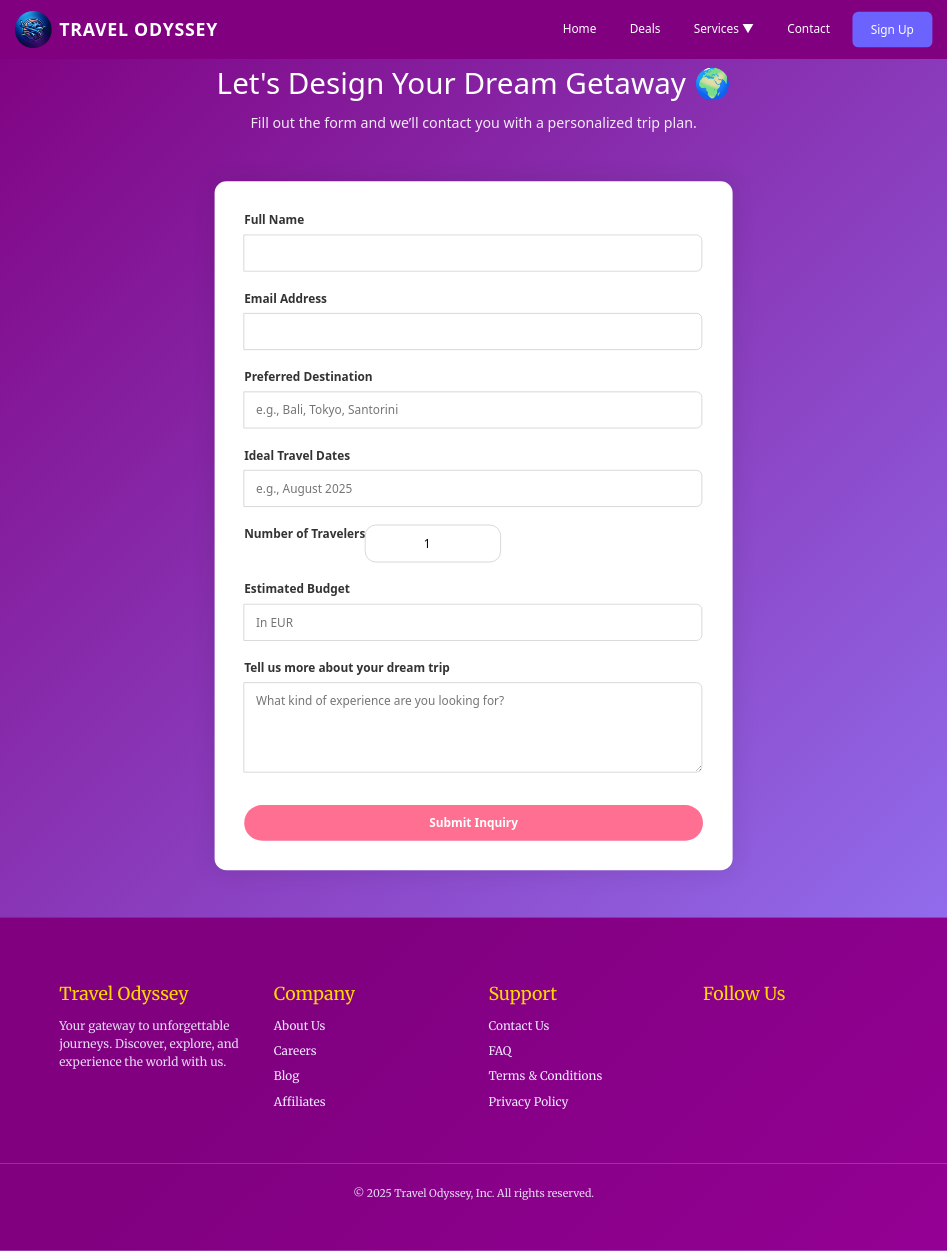
Repository: GHzPhoenix/Project-Odyssey
Page: Frontend/dream.html
The author's editor kept a copy of each file at every save. The page is drawn from the files as they stood at one save, then again after the next save.
The browser window is 1280 px wide. The pictures show the whole page, at 74% of full size.

Above is the page before, as saved 2025-06-13 14:37:11.

After the next save:
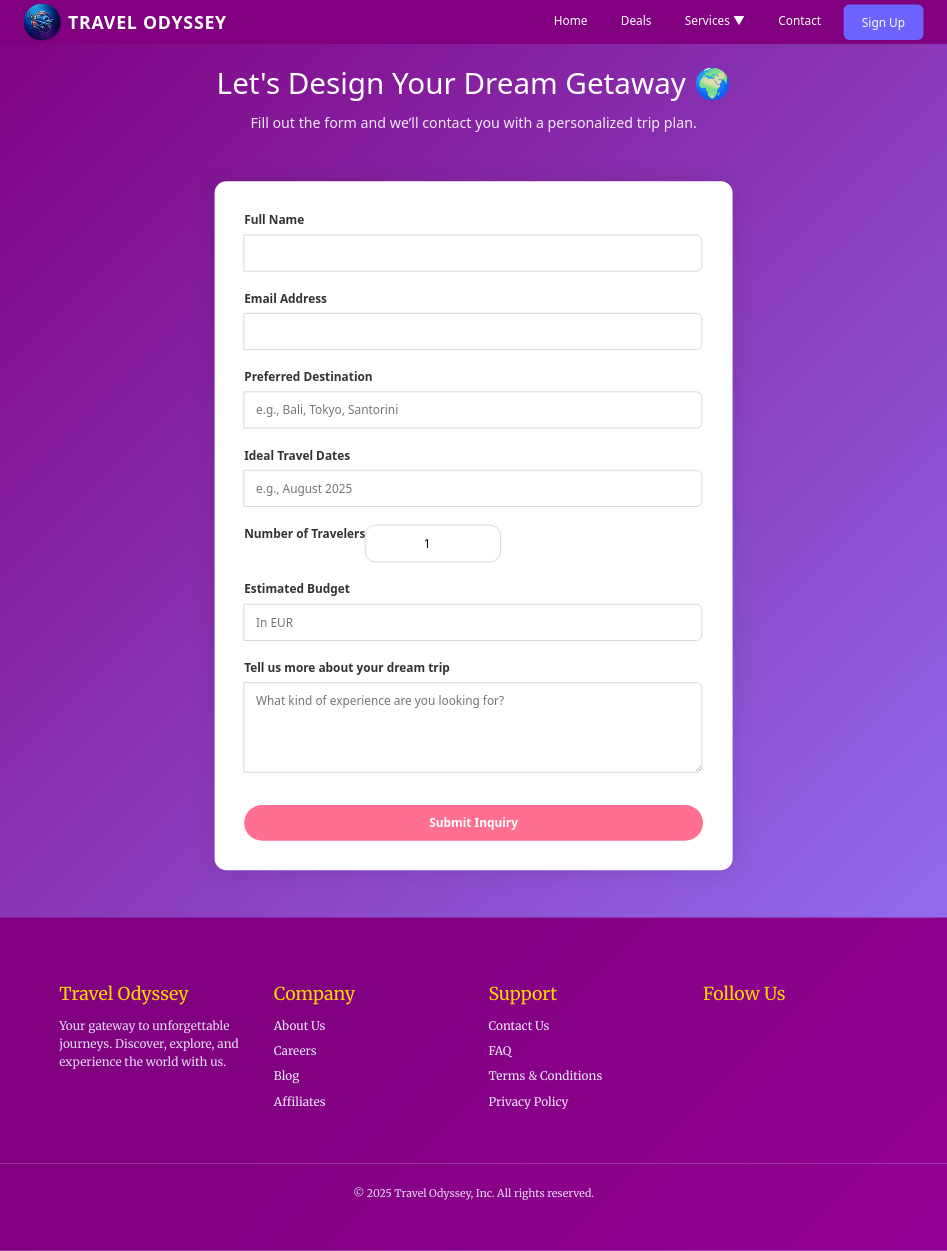
Saved 12 s later.
--- a/Frontend/dream.html
+++ b/Frontend/dream.html
@@ -26,6 +26,12 @@
         width: 100%;
         background: var(--primary);
         z-index: 1000;
+      }
+      header nav {
+        padding: 1rem 2rem;
+        height: 60px; /* adjust as needed */
+        display: flex;
+        align-items: center;
       }
     </style>
   </head>
